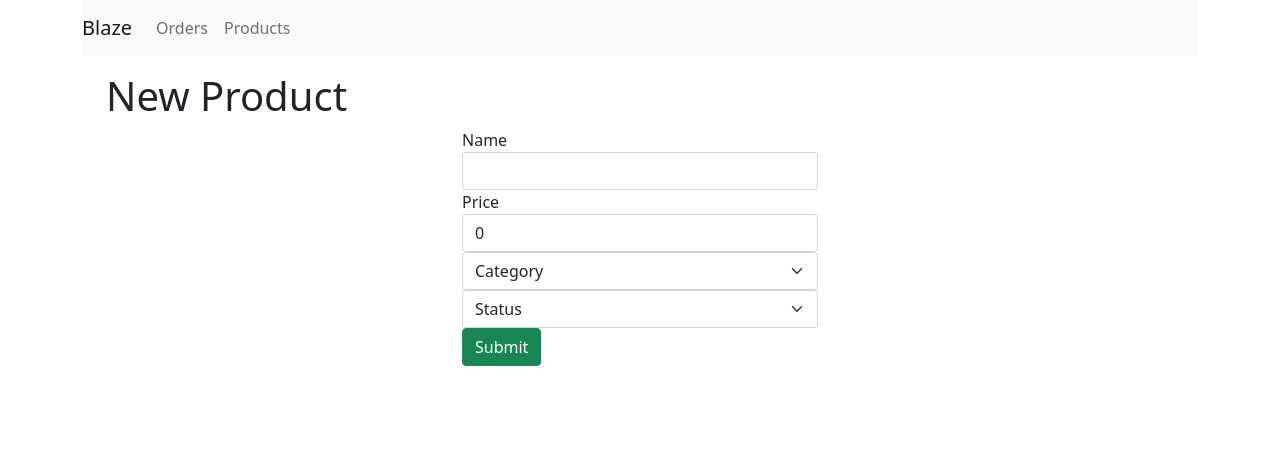
Repository: Isamae/Fractal
Page: /products/product (app in frond/)
The author's editor kept a copy of each file at every save. The page is drawn from the files as they stood at one save, then again after the next save.
The browser window is 1280 px wide. The pictures show the whole page.
The project was rebuilt for these pictures with package versions that can differ from the ones it lists, and the page was loaded fresh each time. Also part of the build but not shown: frond/src/App.css, frond/src/components/ProductComponent.js, frond/src/components/OrderComponent.js, frond/src/components/AddOrderComponent.js, frond/src/components/EditProductComponent.js.

Above is the page before, as saved 2021-09-17 17:51:08.

### frond/src/index.js
import React from 'react';
import ReactDOM from 'react-dom';
import { BrowserRouter } from "react-router-dom";

import App from './App';
import * as serviceWorker from "./serviceWorker";


ReactDOM.render(
  <BrowserRouter>
    <App />
  </BrowserRouter>,
  document.getElementById('root')
);

serviceWorker.unregister();

### frond/src/App.js
import React, { Component } from "react";
import { Switch, Route, Link } from "react-router-dom";

import 'bootstrap/dist/css/bootstrap.min.css'
import './App.css';

import ProductComponent from "./components/ProductComponent";
import OrderComponent from "./components/OrderComponent";
import AddProductComponent from "./components/AddProductComponent";
import AddOrderComponent from "./components/AddOrderComponent";
import EditProductComponent from "./components/EditProductComponent";

class App extends Component {
  render() {
    return (
      <div className="container">
          <nav className="navbar navbar-expand-lg navbar-light bg-light">
              <Link to={"/orders"} className="navbar-brand">
                Blaze
              </Link>
              <div className="navbar-nav mr-auto">
                  <li className="nav-item">
                      <Link to={"/orders"} className="nav-link">
                          Orders
                      </Link>
                  </li>
                  <li className="nav-item">
                      <Link to={"/products"} className="nav-link">
                        Products
                      </Link>
                  </li>
              </div>
          </nav>

          <div className="container mt-3">
              <Switch>
                  <Route exact path="/products" component={ProductComponent} />
                  <Route exact path={["/", "/orders"]} component={OrderComponent} />
                  <Route exact path="/products/product" component={AddProductComponent} />
                  <Route exact path="/orders/order" component={AddOrderComponent} />
                  <Route path="/products/product/:id" component={EditProductComponent} />
              </Switch>
          </div>
      </div>
    );
  }
}

export default App;

### frond/src/serviceWorker.js
const isLocalhost = Boolean(
  window.location.hostname === 'localhost' ||
    // [::1] is the IPv6 localhost address.
    window.location.hostname === '[::1]' ||
    // 127.0.0.0/8 are considered localhost for IPv4.
    window.location.hostname.match(
      /^127(?:\.(?:25[0-5]|2[0-4][0-9]|[01]?[0-9][0-9]?)){3}$/
    )
);

export function register(config) {
  if (process.env.NODE_ENV === 'production' && 'serviceWorker' in navigator) {
    // The URL constructor is available in all browsers that support SW.
    const publicUrl = new URL(process.env.PUBLIC_URL, window.location.href);
    if (publicUrl.origin !== window.location.origin) {
      // Our service worker won't work if PUBLIC_URL is on a different origin
      // from what our page is served on. This might happen if a CDN is used to
      return;
    }

    window.addEventListener('load', () => {
      const swUrl = `${process.env.PUBLIC_URL}/service-worker.js`;

      if (isLocalhost) {
        // This is running on localhost. Let's check if a service worker still exists or not.
        checkValidServiceWorker(swUrl, config);

        // Add some additional logging to localhost, pointing developers to the
        // service worker/PWA documentation.
        navigator.serviceWorker.ready.then(() => {
          console.log(
            'This web app is being served cache-first by a service ' +
              'worker. To learn more, visit https://bit.ly/CRA-PWA'
          );
        });
      } else {
        // Is not localhost. Just register service worker
        registerValidSW(swUrl, config);
      }
    });
  }
}

function registerValidSW(swUrl, config) {
  navigator.serviceWorker
    .register(swUrl)
    .then(registration => {
      registration.onupdatefound = () => {
        const installingWorker = registration.installing;
        if (installingWorker == null) {
          return;
        }
        installingWorker.onstatechange = () => {
          if (installingWorker.state === 'installed') {
            if (navigator.serviceWorker.controller) {
              // At this point, the updated precached content has been fetched,
              // but the previous service worker will still serve the older
              // content until all client tabs are closed.
              console.log(
                'New content is available and will be used when all ' +
                  'tabs for this page are closed. See https://bit.ly/CRA-PWA.'
              );

              // Execute callback
              if (config && config.onUpdate) {
                config.onUpdate(registration);
              }
            } else {
              // At this point, everything has been precached.
              // It's the perfect time to display a
              // "Content is cached for offline use." message.
              console.log('Content is cached for offline use.');

              // Execute callback
              if (config && config.onSuccess) {
                config.onSuccess(registration);
              }
            }
          }
        };
      };
    })
    .catch(error => {
      console.error('Error during service worker registration:', error);
    });
}

function checkValidServiceWorker(swUrl, config) {
  // Check if the service worker can be found. If it can't reload the page.
  fetch(swUrl, {
    headers: { 'Service-Worker': 'script' }
  })
    .then(response => {
      // Ensure service worker exists, and that we really are getting a JS file.
      const contentType = response.headers.get('content-type');
      if (
        response.status === 404 ||
        (contentType != null && contentType.indexOf('javascript') === -1)
      ) {
        // No service worker found. Probably a different app. Reload the page.
        navigator.serviceWorker.ready.then(registration => {
          registration.unregister().then(() => {
            window.location.reload();
          });
        });
      } else {
        // Service worker found. Proceed as normal.
        registerValidSW(swUrl, config);
      }
    })
    .catch(() => {
      console.log(
        'No internet connection found. App is running in offline mode.'
      );
    });
}

export function unregister() {
  if ('serviceWorker' in navigator) {
    navigator.serviceWorker.ready
      .then(registration => {
        registration.unregister();
      })
      .catch(error => {
        console.error(error.message);
      });
  }
}

### frond/src/components/AddProductComponent.js
import React, { Component } from "react";
import Routes from "../services/routes.service";

class AddProduct extends Component {
    constructor(props) {
        super(props);
        this.onChangeName = this.onChangeName.bind(this);
        this.onChangeCategory = this.onChangeCategory.bind(this);
        this.onChangePrice = this.onChangePrice.bind(this);
        this.onChangeStatus = this.onChangeStatus.bind(this);
        this.saveProduct = this.saveProduct.bind(this);
        this.newProduct = this.newProduct.bind(this);

        this.state = {
            id: null,
            name: "",
            product_category: "",
            price: 0,
            active: "",

            submitted: false
        };
    }

    onChangeName(e) {
        this.setState({
            name: e.target.value
        });
    }

    onChangeCategory(e) {
        this.setState({
            product_category: e.target.value
        });
    }

    onChangePrice(e) {
        this.setState({
                price: e.target.value
        });
    }

    onChangeStatus(e) {
        this.setState({
                active: e.target.value
        });
    }

    saveProduct() {
        var data = {
            name: this.state.name,
            product_category: this.state.product_category,
            price: this.state.price,
            active: this.state.active,
        };

        Routes.createProduct(data)
            .then(response => {
                this.setState({
                    id: response.data._id,
                    name: response.data.name,
                    product_category: response.data.product_category,
                    price: response.data.product_category,
                    active: response.data.product_category,

                    submitted: true
                });
                console.log(response.data);
            })
            .catch(e => {
                console.log(e);
            });
    }

    newProduct() {
        this.setState({
            id: null,
            name: "",
            product_category: "",
            price: 0,
            active: "",
        submitted: false
        });
    }

    render() {
        return (
            <div  className="container ">
                <div className="d-flex flex-row"><h1>New Product</h1></div>

                <div className="submit-form  d-flex justify-content-center">
                    {this.state.submitted ? (
                    <div>
                        <h4>You submitted successfully!</h4>
                        <button className="btn btn-success" onClick={this.newProduct}>
                            Add
                        </button>
                    </div>
                    ) : (
                    <div className="col-4 ">
                        <div className="form-group">
                            <label htmlFor="name">Name</label>
                            <input
                                type="text"
                                className="form-control"
                                id="name"
                                required
                                value={this.state.name}
                                onChange={this.onChangeName}
                                name="name"
                            />
                        </div>

                        <div className="form-group">
                            <label htmlFor="price">Price</label>
                            <input
                                type="number"
                                className="form-control"
                                id="price"
                                required
                                value={this.state.price}
                                onChange={this.onChangePrice}
                                name="price"
                            />
                        </div>

                        <div className="form-group">
                            <select className="form-select"
                                id="category"
                                required
                                value={this.state.product_category}
                                onChange={this.onChangeCategory}
                                name="category">
                                <option selected>Category</option>
                                <option value="Cookies">Cookies</option>
                                <option value="Candies">Candies</option>
                                <option value="Cakes">Cakes</option>
                                <option value="Desserts">Desserts</option>
                                <option value="Drinks">Drinks</option>
                            </select>
                        </div>

                        <div className="form-group">
                            <select className="form-select"
                                id="active"
                                required
                                value={this.state.active}
                                onChange={this.onChangeStatus}
                                name="active">
                                <option selected>Status</option>
                                <option value="Active">Active</option>
                                <option value="Inactive">Inactive</option>
                            </select>
                        </div>

                        <button onClick={this.saveProduct} className="btn btn-success">
                            Submit
                        </button>
                    </div>
                    )}
                </div>
            </div>
        );
    }
}

export default AddProduct;

### frond/src/services/routes.service.js
import http from '../http';

class Routes{
    /*Product*/
    getAllProducts(){
        return http.get("/products/");
    }

    createProduct(data) {
        return http.post("/products/product", data);
    }

    updateProduct(id, data) {
        return http.put(`/products/product/${id}`, data);
    }

    deleteProduct(id) {
        return http.delete(`/products/product/${id}`);
    }

    getProduct(id) {
        return http.get(`/products/product/dato/${id}`);
    }

    /*Orders*/

    getAllOrders(){
        return http.get("/orders/");
    }

    createOrder(data) {
        return http.post("/orders/order", data);
    }

    /*Consumer*/

    createConsumer(data) {
        return http.post("/consumers/consumer", data);
    }
}

export default new Routes();

Loaded but not shown: frond/public/index.html (common file); frond/src/http.js (common file)

After the next save:
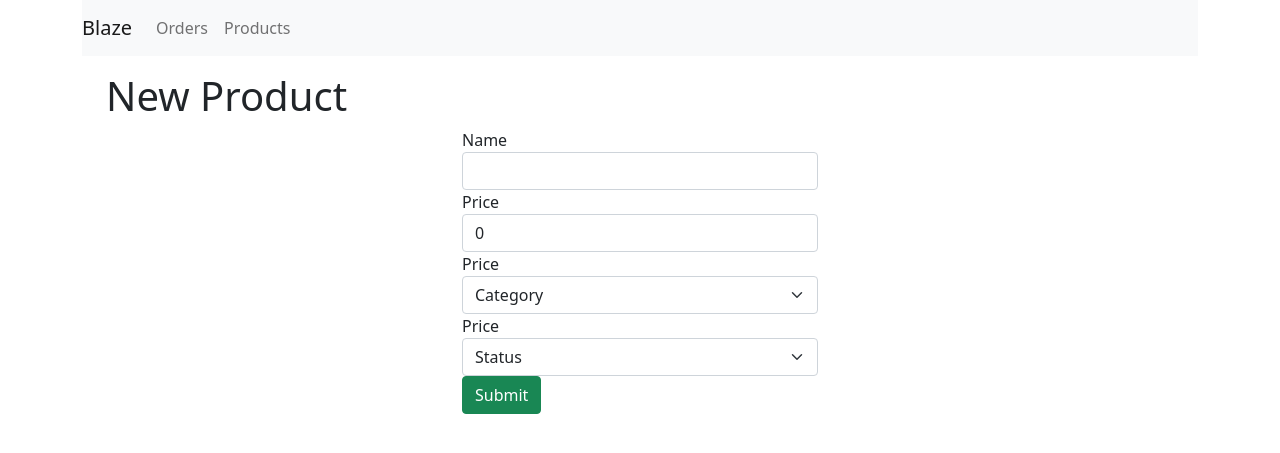
Saved 2 min 9 s later.
--- a/frond/src/components/AddProductComponent.js
+++ b/frond/src/components/AddProductComponent.js
@@ -125,6 +125,7 @@ class AddProduct extends Component {
                         </div>
 
                         <div className="form-group">
+                            <label htmlFor="category">Price</label>
                             <select className="form-select"
                                 id="category"
                                 required
@@ -141,6 +142,7 @@ class AddProduct extends Component {
                         </div>
 
                         <div className="form-group">
+                            <label htmlFor="active">Price</label>
                             <select className="form-select"
                                 id="active"
                                 required
